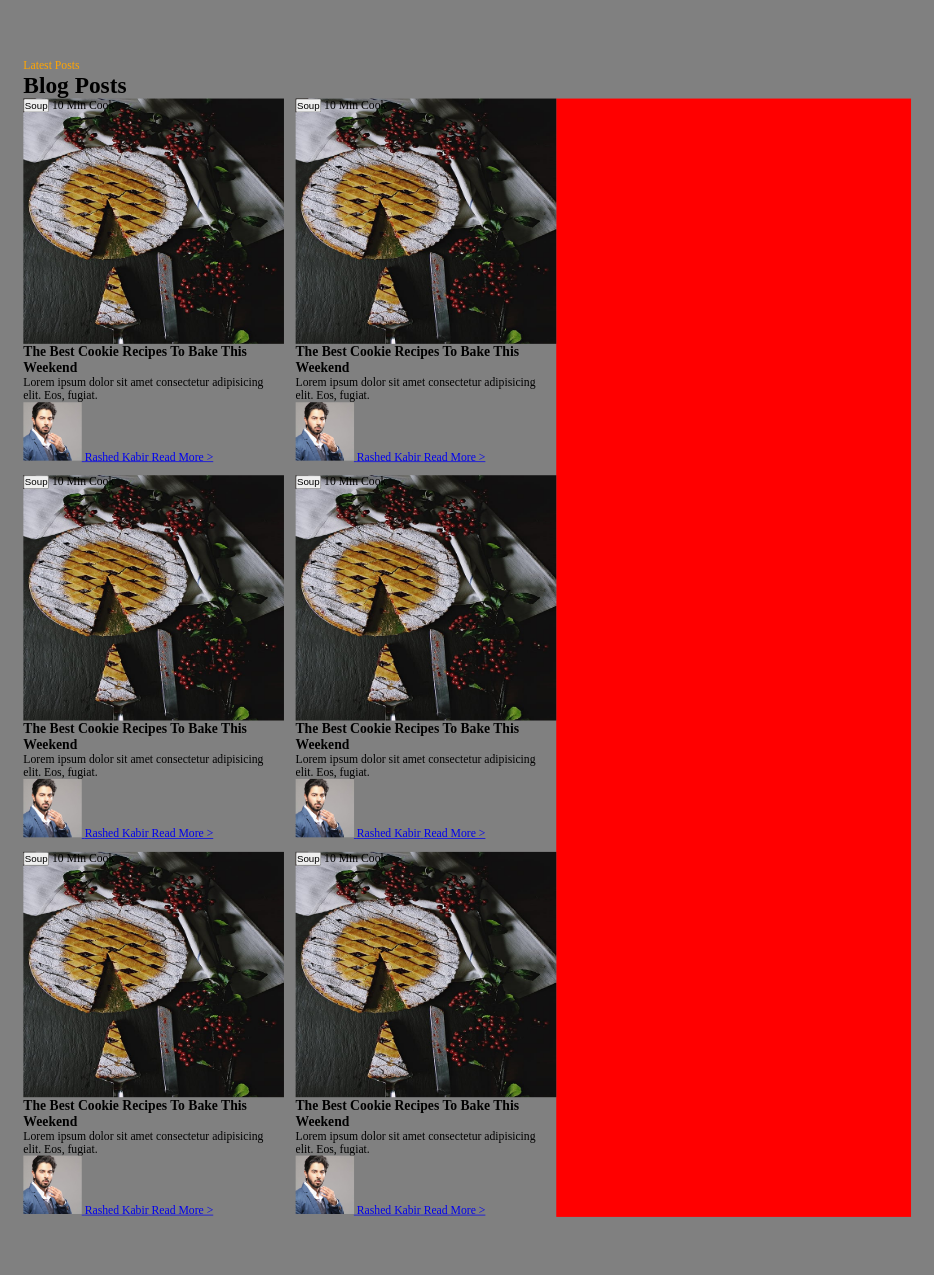
Repository: ngoctinvo/diner_project_cybersoft
Page: html/blog.html
The author's editor kept a copy of each file at every save. The page is drawn from the files as they stood at one save, then again after the next save.
The browser window is 1280 px wide. The pictures show the whole page, at 73% of full size.
The style sheet was rebuilt from its Sass, Less or Tailwind sources for each picture, by a compiler version that may differ from the author's.

Above is the page before, as saved 2022-04-19 00:04:41.

After the next save:
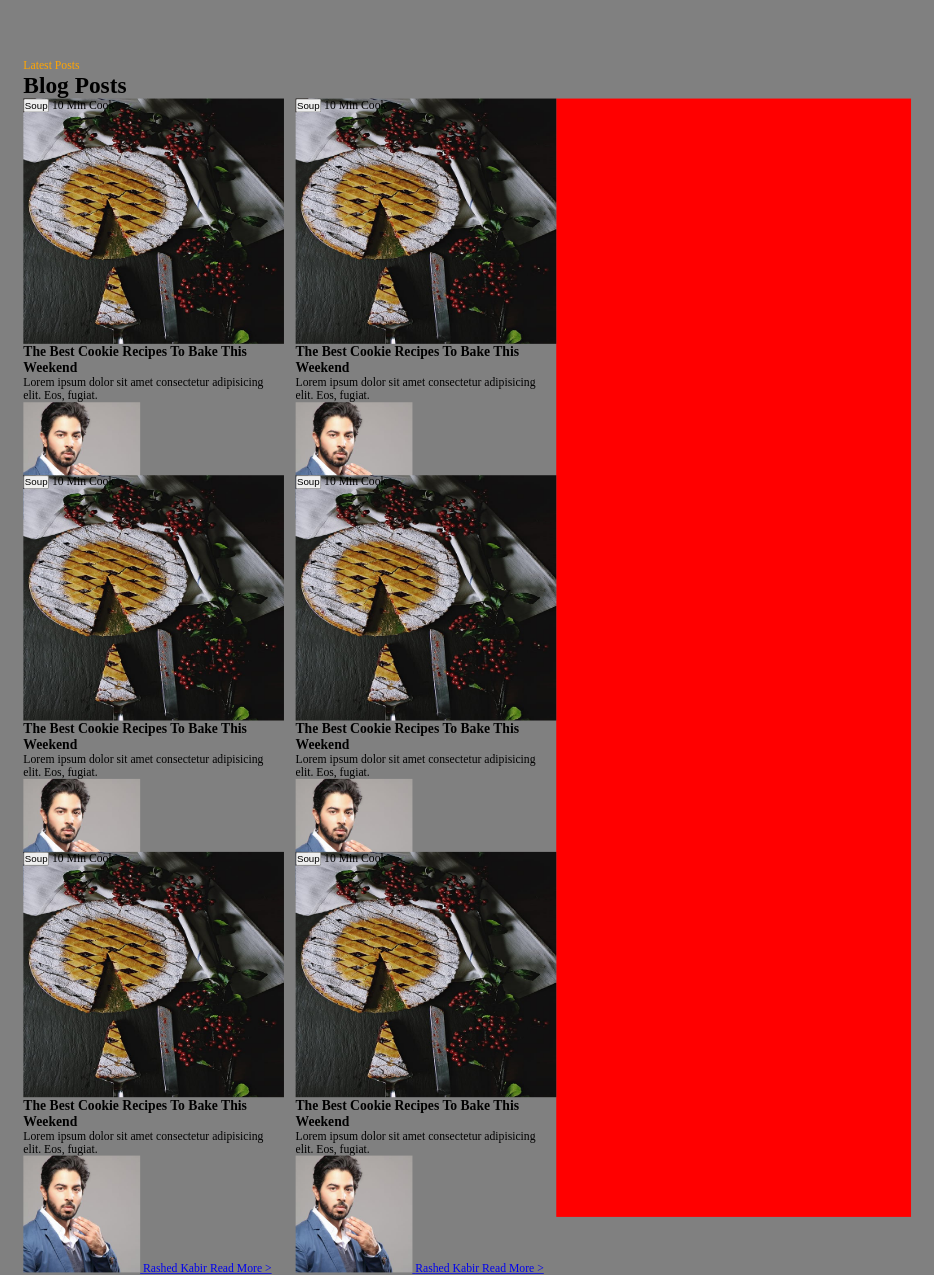
Saved 6 s later.
--- a/sass/blog.scss
+++ b/sass/blog.scss
@@ -48,7 +48,7 @@
                         }
                         .author {
                             img {
-                                width: 5rem;
+                                width: 10rem;
                             }
                         }
                     }
